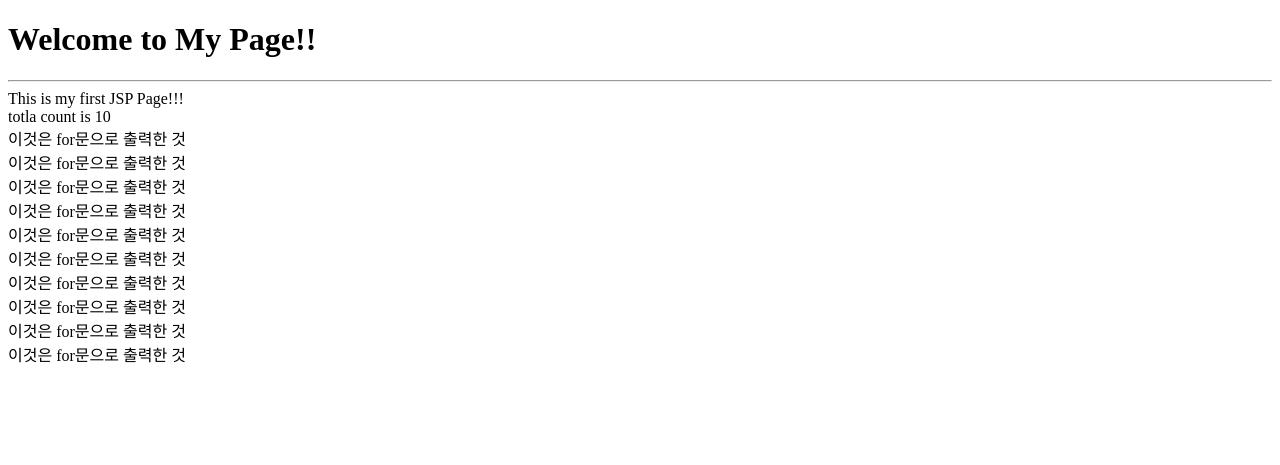
Repository: minjuleee/Server_study
Page: http://localhost/web/01_script_test.jsp
The author's editor kept a copy of each file at every save. The page is drawn from the files as they stood at one save, then again after the next save.
The browser window is 1280 px wide. The pictures show the whole page.
The page is served by Tomcat 10. Other server files are loaded and not shown.

Above is the page before, as saved 2025-11-17 08:03:43.

### dev/web/src/main/webapp/01_script_test.jsp
<%@ page language="java" contentType="text/html; charset=UTF-8"
    pageEncoding="UTF-8"%>
<!DOCTYPE html>
<html>
<head>
<meta charset="UTF-8">
<title>Welcome</title>
</head>
<body>
	<h1>Welcome to My Page!!</h1>
	<hr>
	<!-- JSP declaration -->
	<%!
		int count = 10;
		String color = "yellowgreen";
		String makeLower(String str){
			return str.toLowerCase();
		}
	%>
	<!-- JSP scriptlet -->
	<%
		out.println("This is my first JSP Page!!!<br>");
		System.out.println("야 드디어 출력이 나온다!");
		out.println("totla count is " + count + "<br>");
		for(int i=0; i<count; i++){
			out.println("이것은 for문으로 출력한 것<br>");
		}
	%>
</body>
</html>

After the next save:
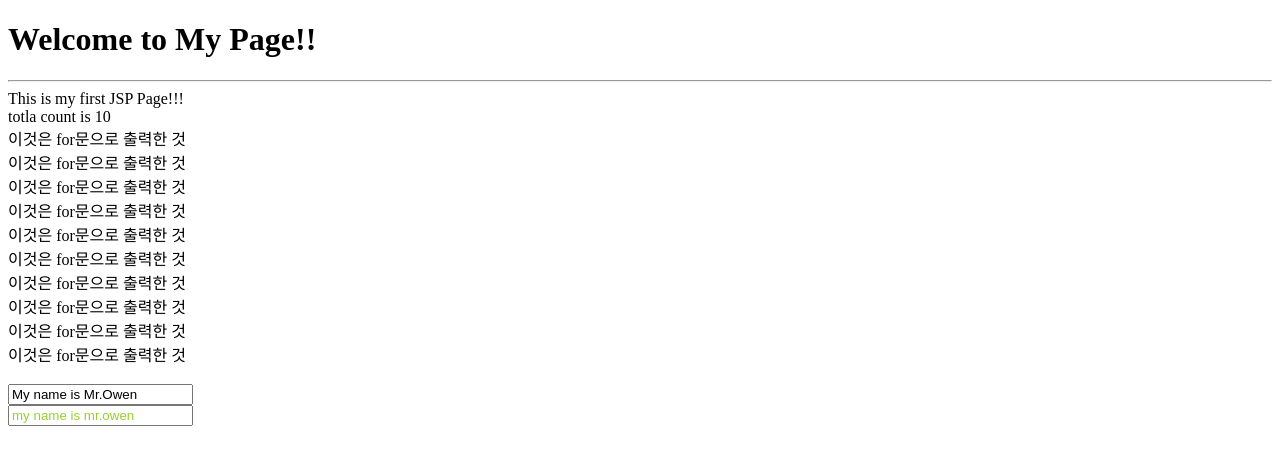
Saved 4 min 14 s later.
--- a/dev/web/src/main/webapp/01_script_test.jsp
+++ b/dev/web/src/main/webapp/01_script_test.jsp
@@ -26,5 +26,10 @@
 			out.println("이것은 for문으로 출력한 것<br>");
 		}
 	%>
+	<br>
+	<!-- JSP expression : 절대 세미콜론 치지 마시오 -->
+	<input type="text" value="My name is Mr.Owen"><br>
+	<input type="text" value='<%=makeLower("My Name is Mr.Owen")%>'
+			style="color: <%=color %>">
 </body>
 </html>
